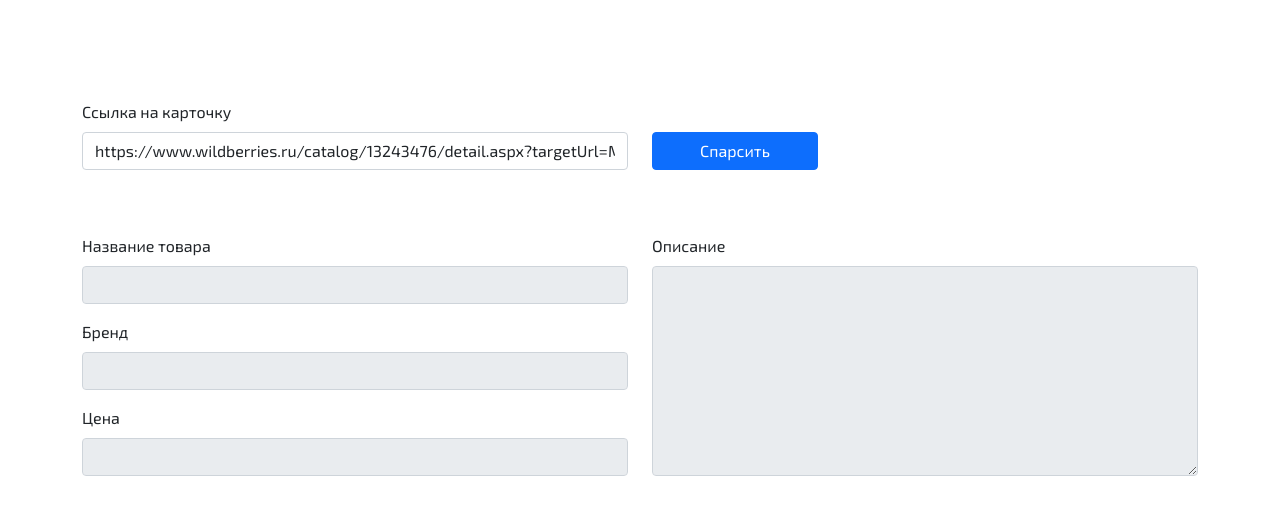
Repository: yozuul/wildberries-product-card-parser-api-exchange
Page: public/panel.html
These files come from the project's save history. The page is drawn as it stood at one moment and after the next save; the edit follows.
The browser window is 1280 px wide. The pictures show the whole page.

Above is the page before, as saved 2021-08-19 22:00:53.

After the next save:
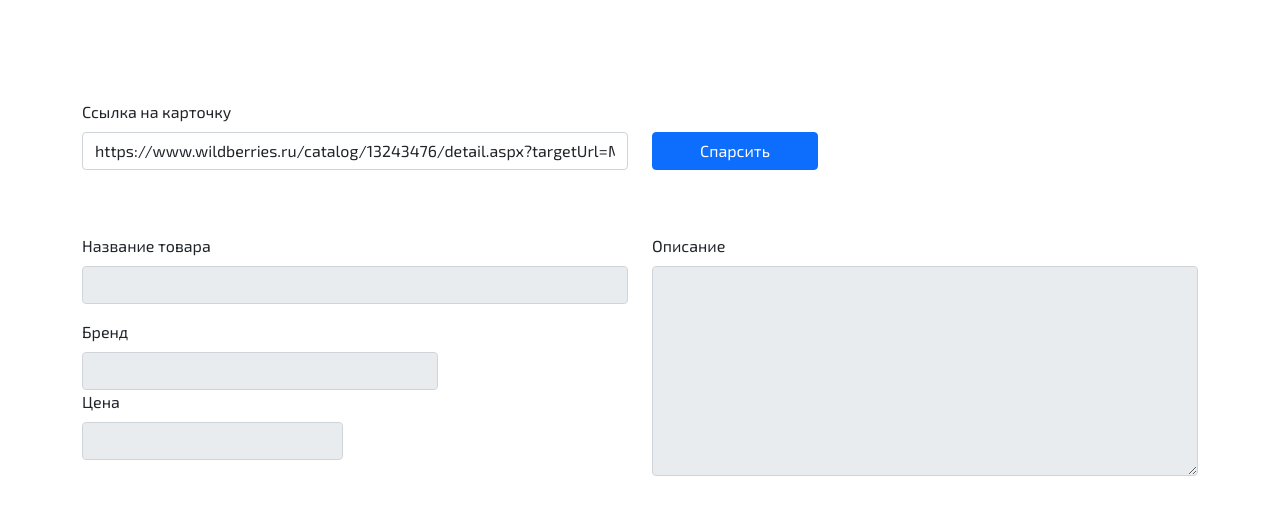
Saved 8 h 43 min later.
--- a/public/panel.html
+++ b/public/panel.html
@@ -60,15 +60,19 @@
                </div>
             </div>
 
-            <div class="mb-3">
-               <label for="productBrand" class="form-label">Бренд</label>
-               <input type="text" class="form-control" id="productBrand" readonly>
+            <div class="row mb-3">
+               <div  class="col-8">
+                  <label for="productBrand" class="form-label">Бренд</label>
+                  <input type="text" class="form-control" id="productBrand" readonly>
+                   </select>
+               </div>
+               <div class="col-6">
+                  <label for="productTnved" class="form-label">Цена</label>
+                  <input type="text" class="form-control" id="productPrice" readonly>
+                   </select>
+               </div>
             </div>
 
-            <div class="mb-3">
-               <label for="productPrice" class="form-label">Цена</label>
-               <input type="text" class="form-control" id="productPrice" readonly>
-            </div>
             <div id="productImages_wrapper" class="mb-3 dn">
                <label for="productImages" class="form-label">Изображения</label>
                <div id="productImages" class="row"></div>
